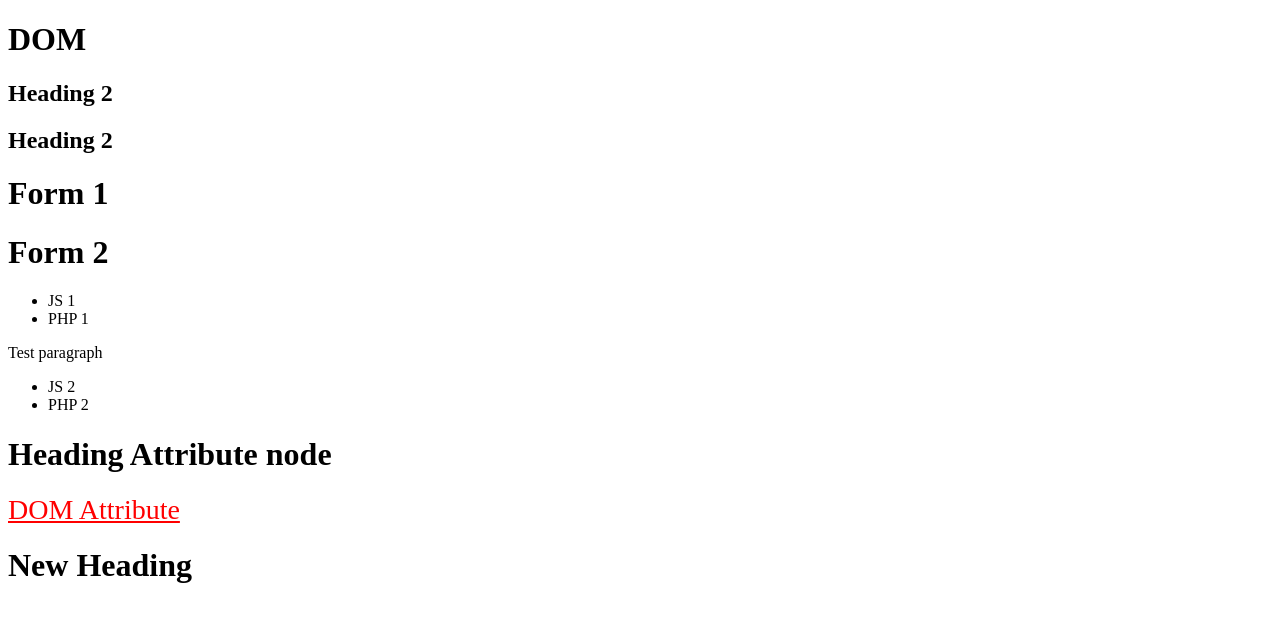
Repository: tannv3201/learn_JS_F8
Page: DOM/index.html
An editor plug-in stored every save of this project. The page is shown before and after the next save, followed by the edit.
The browser window is 1280 px wide. The pictures show the whole page.

Above is the page before, as saved 2022-08-06 23:03:55.

### DOM/index.html
<!DOCTYPE html>
<html lang="en">

<head>
  <meta charset="UTF-8" />
  <meta http-equiv="X-UA-Compatible" content="IE=edge" />
  <meta name="viewport" content="width=device-width, initial-scale=1.0" />
  <title>DOM</title>
</head>

<body>
  <h1 id="heading">DOM</h1>
  <h2 class="sub-heading"></h2>
  <h2 class="sub-heading"></h2>
  <h2 class="sub-heading"></h2>
  <p></p>
  <p></p>
  <div class="box">
    <h2 class="heading-2">Heading 2</h2>
    <h2 class="heading-2">Heading 2</h2>
  </div>

  <form action="" id="form1">
    <h1>Form 1</h1>
  </form>
  <form action="" id="form2">
    <h1>Form 2</h1>
  </form>

  <a href="" name="youtube"></a>

  <div class="box-1">
    <ul>
      <li>JS 1</li>
      <li>PHP 1</li>
    </ul>
    <p>Test paragraph</p>
  </div>
  <div class="box-2">
    <ul>
      <li>JS 2</li>
      <li>PHP 2</li>
    </ul>
  </div>

  <div class="box-attr">
    <h1 id="heading-attr" class="heading-attr" title="Heading">
      Heading Attribute node
    </h1>
  </div>

  <a id="dom-attr">
    DOM Attribute
  </a>

  <h1 class="heading-innertext">
    Heading Text
    <style>
      .boxx {
        width: 100px;
        height: 100px;
      }
    </style>
  </h1>

  <script src="./main.js"></script>
</body>

</html>

### DOM/main.js
/**
 * DOM:
  Là quy chuẩn mô tả mô hình của các thành phần trong tài liệu HTML được đưa ra bởi W3C.
 - DOM (Document Object Model) có 3 thành phần:
    1. Element
    2. Attribute
    3. Text
 */

/**
 * DOM API
 Là bộ API nằm trong Web API có mặt trên những môi trường hỗ trợ duyệt web - như trên trình duyệt. DOM API cung cấp các đối tượng và phương thức hỗ trợ truy xuất, chỉnh sửa các đối tượng / thành phần trong DOM.
 */

/**
 * JS cung cấp phương tiện truy xuất HTML DOM
 * JS: Brower | Server (NodeJS)
 * Brower: HTML -> DOM -> DOM API
 * API: Application Programming Interface
 */

/**
 * Document object
 */

// Get element methods
// ID
// var headingNode = document.getElementById('heading')
// console.log(headingNode)

// query selector
var headingNode = document.querySelector('.box .heading-2:nth-child(2)')
console.log('querySelector', headingNode)

var headingNodes = document.querySelectorAll('.heading-2')
console.log('querySelectorAll', headingNodes)
console.log('querySelectorAll[]',headingNodes[0])

// Collection (a, form, images, ...)
console.log('document.forms[\'form1\']',document.forms['form1'])
console.log('document.forms',document.forms)
console.log('document.forms.form2', document.forms.form2)
console.log('document.anchors',document.anchors) // trả về các thẻ a có attribute name=""


// class: lấy ra số nhiều (mảng)
var subHeadingNodes = document.getElementsByClassName('sub-heading')
console.log('getElementsByClassName', subHeadingNodes)

// tag : tương tự như class
var tagName = document.getElementsByTagName('p')
console.log(tagName)


// Ví dụ
var boxNode =
    document.querySelector('.box-1');
// Công việc 1: sử dụng `boxNode`
console.log(boxNode)

// Công việc 2: sử dụng tới các li element là con của `.box-1`
console.log(boxNode.querySelectorAll('li'))
console.log(boxNode.querySelector('p'))

// 1. getElementById: trả về trực tiếp Element
// 2. getElementsByClassName: trả về HTMLCollection (mảng), muốn get Element phải dùng index []
console.log('querySelectorAll[]',headingNodes[0])
// 3. getElementsByTagName: trả về HTMLCollection (mảng)
// 4. querySelector: trả về trực tiếp Element
// 5. querySelectorAll: trả về NodeList
// 6. HTML Collection (form, a, images, ...)
console.log('document.forms',document.forms)
console.log('document.forms[\'form1\']',document.forms['form1'])
console.log('document.forms[O]',document.forms[0])
console.log('document.forms.form2', document.forms.form2)

// 7. document.write: in ra ngay sau khi được thực thi

//*******************************************************************

// Attribute node & Text node
// Được lấy ra từ node Element

// ******************************************************************
// DOM attributes

// seter: set giá trị bằng toán tử gán
var domAttr = document.querySelector('#dom-attr')
domAttr.title = 'heading' //chỉ xuất hiện khi js được thực thi
domAttr.className = 'className'
domAttr.href = '#'
console.log(domAttr)

// Set attribute không hợp lệ cho một Element nào đó (set tùy biến)
// setAttribute(tên attr, giá trị của attr)
domAttr.setAttribute('alt', '#')

// get value của attribute
// Được thêm HTML hay JS element tồn tại trong DOM -> đều có thể get được
//
console.log(domAttr.getAttribute('id'))
console.log(domAttr.getAttribute('title'))
console.log(domAttr.title) // chỉ dùng khi attribute hợp lệ
domAttr.setAttribute('style','font-size:28px; color:red;')


// *****************************************************************
// InnerText vs textContent Property

// innerText: là thuộc tính của ElementNode (phải đi qua Node này)
// Chỉ lấy ra những gì hiển thị trên trình duyệt
var headingElement = document.querySelector('.heading-innertext')
console.log('inner Text: ',headingElement.innerText)
// headingElement.innerText = 'New Heading'

// textContent
// Bỏ qua các tag nhưng vẫn Lấy ra khoảng cách thực sự của Element, kể cả là css
console.log('text Content: ',headingElement.textContent)
 headingElement.innerText = 'New Heading'

After the next save:
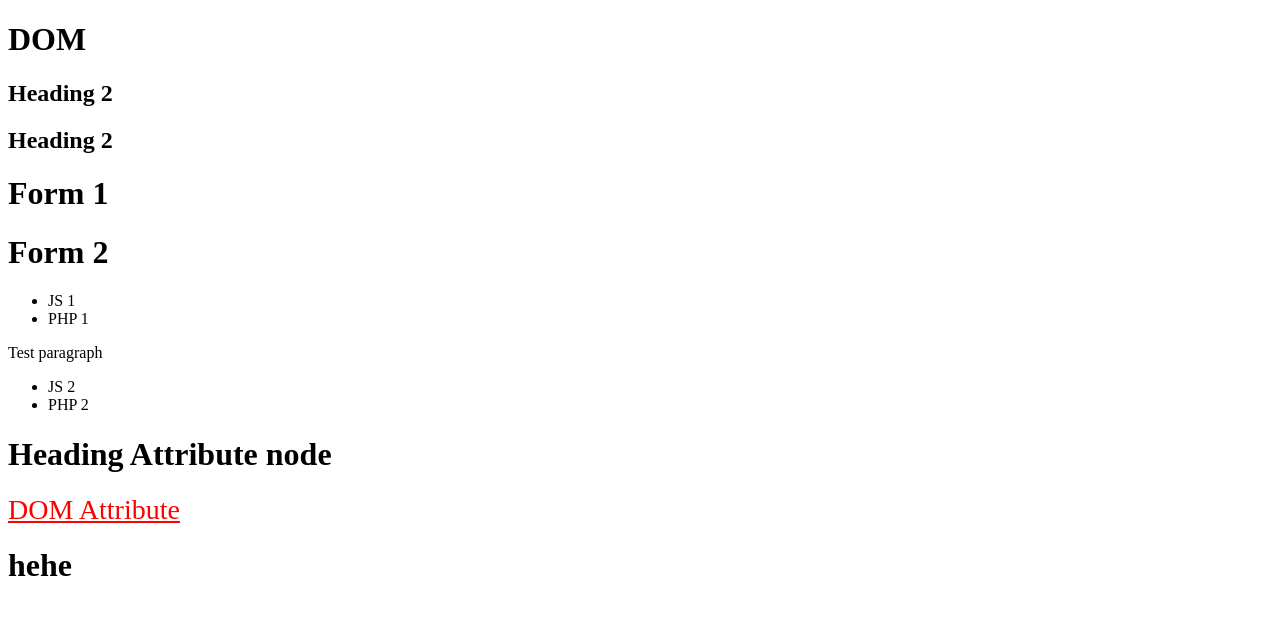
Saved 33 s later.
--- a/DOM/main.js
+++ b/DOM/main.js
@@ -116,4 +116,5 @@ console.log('inner Text: ',headingElement.innerText)
 // textContent
 // Bỏ qua các tag nhưng vẫn Lấy ra khoảng cách thực sự của Element, kể cả là css
 console.log('text Content: ',headingElement.textContent)
- headingElement.innerText = 'New Heading'
+ headingElement.innerText = 'hehe'
+console.log('inner Text: ',headingElement.innerText)
